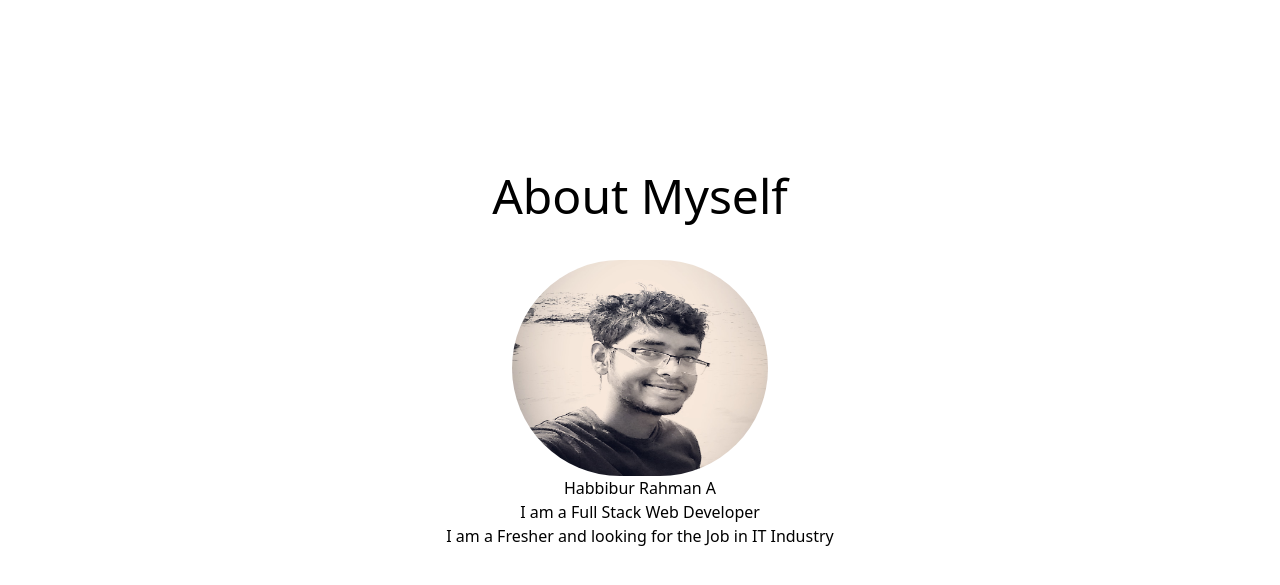
Repository: Habeebur1493/project
Page: /About
The author's editor kept a copy of each file at every save. The page is drawn from the files as they stood at one save, then again after the next save.
The browser window is 1280 px wide. The pictures show the whole page.
The page's requests for data from a server got no answer. The project was rebuilt for these pictures with package versions that can differ from the ones it lists, and the page was loaded fresh each time. No one was signed in, and anything a server would have sent is missing. Also part of the build but not shown: vite.config.js, src/Components/Login.jsx, src/Components/Nav.jsx, src/Components/Loading.jsx, src/Components/Home.jsx, src/Components/Details.jsx, src/Components/Services.jsx, src/Components/Contact.jsx.

Above is the page before, as saved 2025-01-31 20:29:54.

### index.html
<!doctype html>
<html lang="en">
  <head>
    <meta charset="UTF-8" />
    <meta name="viewport" content="width=device-width, initial-scale=1.0" />
    <title>Project</title>
  </head>
  <body>
    <div id="root"></div>
    <script type="module" src="/src/main.jsx"></script>
  </body>
</html>

### src/main.jsx
import React from "react";
import { createRoot } from "react-dom/client";
import App from "./App.jsx";
import { BrowserRouter } from "react-router-dom";
import Context from "./Components/utils/Context.jsx";

createRoot(document.getElementById("root")).render(
  <Context>
    <BrowserRouter>
      <App />
    </BrowserRouter>
    </Context>

);

### src/App.jsx
import React from "react";
import "./App.css";
import { Route, Routes } from "react-router-dom";
import Login from "./Components/Login.jsx";
import Home from "./Components/Home.jsx";
import Details from "./Components/Details.jsx";
import About from "./Components/About.jsx";
import Services from "./Components/Services.jsx";
import Contact from "./Components/Contact.jsx";


const App = () => {
  return (
    <div className="h-screen w-screen flex">
      <Routes>
        <Route path="/" element={<Login />} />
        <Route path="/Home" element={<Home />} />
        <Route path="/details/:id" element={<Details />} />
        <Route path="/About" element={<About />} />
        <Route path="/Services" element={<Services />} />
        <Route path="/Contact" element={<Contact />} />
      </Routes>
    </div>
  );
};

export default App;

### src/Components/utils/Context.jsx
import React, { createContext, useEffect, useState } from "react";
import axios from "axios";

export const ProductContext = createContext();

const Context = ({children}) => {
  const [products, setproducts] = useState([]);

  const getproducts = async () => {
    try {
      const { data } = await axios.get("https://fakestoreapi.com/products");
      setproducts(data);
    } catch (error) {
      console.log( "Error Fetching products"  ,error);
    }
  };

  useEffect(() => {
    getproducts();
  }, []);

  return (
    <ProductContext.Provider value={{products, setproducts}}>
      {children}
    </ProductContext.Provider>
  );
};

export default Context;

### src/Components/About.jsx
import React from 'react'


const About = () => {
  return (
    <div className='w-full h-full flex flex-col justify-center items-center'>
      <h1 className='text-5xl mb-10'>About Myself</h1>
      <img className='w-[20%] h-[30%] rounded-full' src="src\Components\IMG\IMG_20180427_173521_379.jpg" alt="" />
      <h1>Habbibur Rahman A</h1>
      <h2>I am a Full Stack Web Developer</h2>
      <h3>I am a Fresher and looking for the Job in IT Industry</h3>
    </div>
  )
}

export default About

Loaded but not shown: src/App.css (common file)

After the next save:
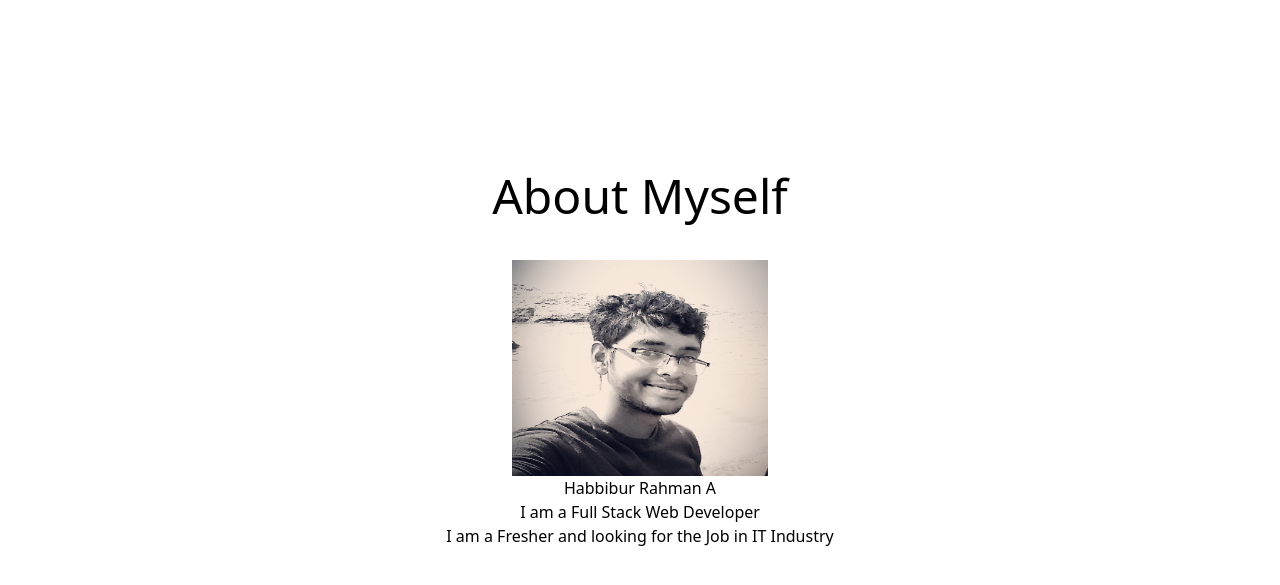
Saved 8 s later.
--- a/src/Components/About.jsx
+++ b/src/Components/About.jsx
@@ -5,7 +5,7 @@ const About = () => {
   return (
     <div className='w-full h-full flex flex-col justify-center items-center'>
       <h1 className='text-5xl mb-10'>About Myself</h1>
-      <img className='w-[20%] h-[30%] rounded-full' src="src\Components\IMG\IMG_20180427_173521_379.jpg" alt="" />
+      <img className='w-[20%] h-[30%] ' src="src\Components\IMG\IMG_20180427_173521_379.jpg" alt="" />
       <h1>Habbibur Rahman A</h1>
       <h2>I am a Full Stack Web Developer</h2>
       <h3>I am a Fresher and looking for the Job in IT Industry</h3>
